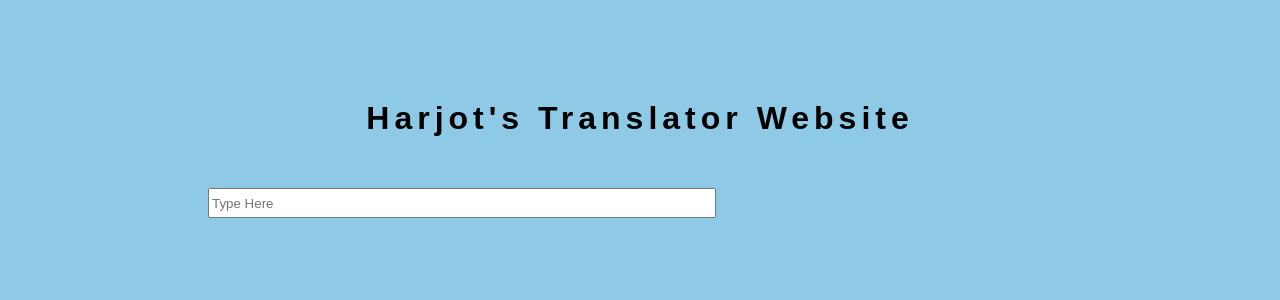
Repository: Harjot00/Pythonpractice
Page: Translator/homepage.html
The author's editor kept a copy of each file at every save. The page is drawn from the files as they stood at one save, then again after the next save.
The browser window is 1280 px wide. The pictures show the whole page.
Some web fonts or font styles are not loaded; a fallback is used.

Above is the page before, as saved 2022-03-06 18:19:17.

### Translator/homepage.html
<!DOCTYPE html>
<html lang="en">
<head>
    <meta charset="UTF-8">
    <meta http-equiv="X-UA-Compatible" content="IE=edge">
    <meta name="viewport" content="width=device-width, initial-scale=1.0">
    <title>Harjot's Translator</title>
    <link rel="stylesheet" href="styles.css">
    <link href="http://fonts.cdnfonts.com/css/mrs-sheppards" rel="stylesheet">

</head>
<body>
    <h1 style = "font-family: 'Mrs Sheppards', sans-serif;letter-spacing: 5px;">Harjot's Translator Website</h1>
    <input type="text" id="entry" placeholder="Type Here"></input>
</body>
</html>

### Translator/styles.css
body{
    background-color: #8ECAE6;
    font-family: open sans;
}
h1{
    margin-top: 100px;
    text-align: center;
}
#entry{
    width: 500px;
    height: 24px;
    margin: 30px 0px 0px 200px;
}

After the next save:
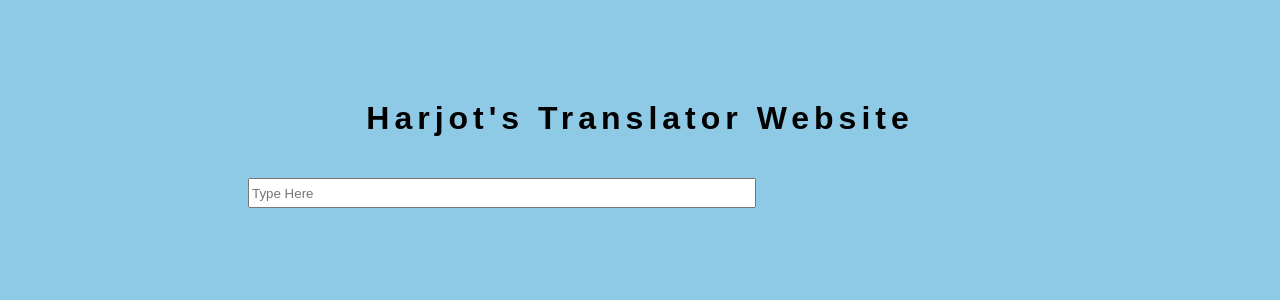
Saved 15 s later.
--- a/Translator/styles.css
+++ b/Translator/styles.css
@@ -9,5 +9,5 @@
 #entry{
     width: 500px;
     height: 24px;
-    margin: 30px 0px 0px 200px;
+    margin: 20px 0px 0px 240px;
 }
